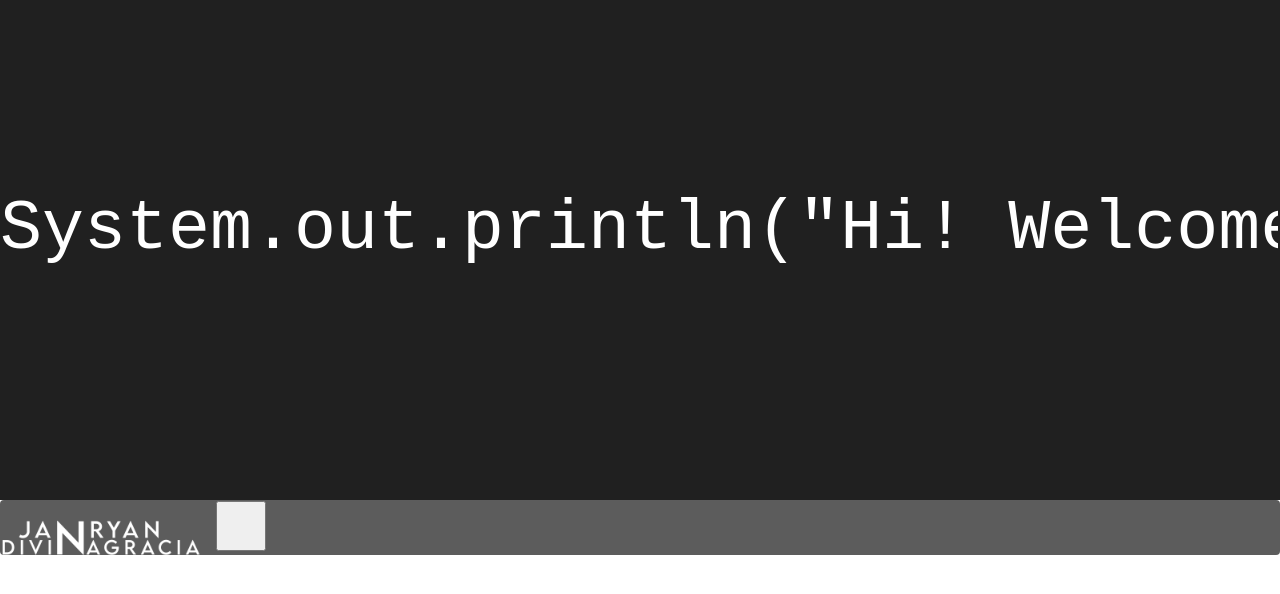
Repository: janry-gracia/Divinagracia_FinalProject
Page: Pages/storyofmylife.html
These files come from the project's save history. The page is drawn as it stood at one moment and after the next save; the edit follows.
The browser window is 1280 px wide. The pictures show the whole page.

Above is the page before, as saved 2021-05-18 01:15:04.
Console error: TypeError: Cannot read properties of null (reading 'addEventListener')

After the next save:
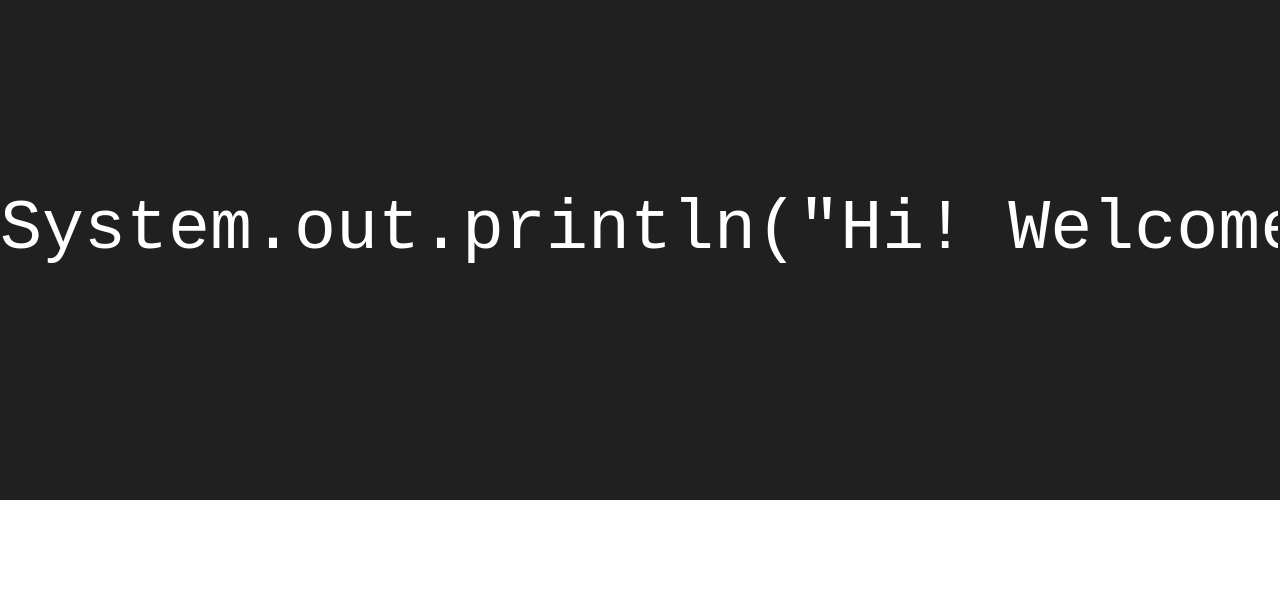
Saved 11 s later.
--- a/Pages/storyofmylife.html
+++ b/Pages/storyofmylife.html
@@ -19,16 +19,6 @@
             <p class="message typewriter">System.out.println("Hi! Welcome to my LIFE.")</p>
         </div>
 
-        <nav class="navbar navbar-expand-md navbar-light bg-light sticky-top">
-            <div class="container-fluid container-nav">
-                <a href="#" class="navbar-brand"><img src="/Pictures/logo.png" alt="Picture of My logo" width="200"></a>
-                <button class="navbar-toggler" type="button" data-toggle="collapse" data-target="#navbarResponsive">
-                    <span class="icon-bar"></span>
-                    <span class="icon-bar"></span>
-                    <span class="icon-bar"></span>
-                </button>
-            </div>
-        </nav>
 
 
 
